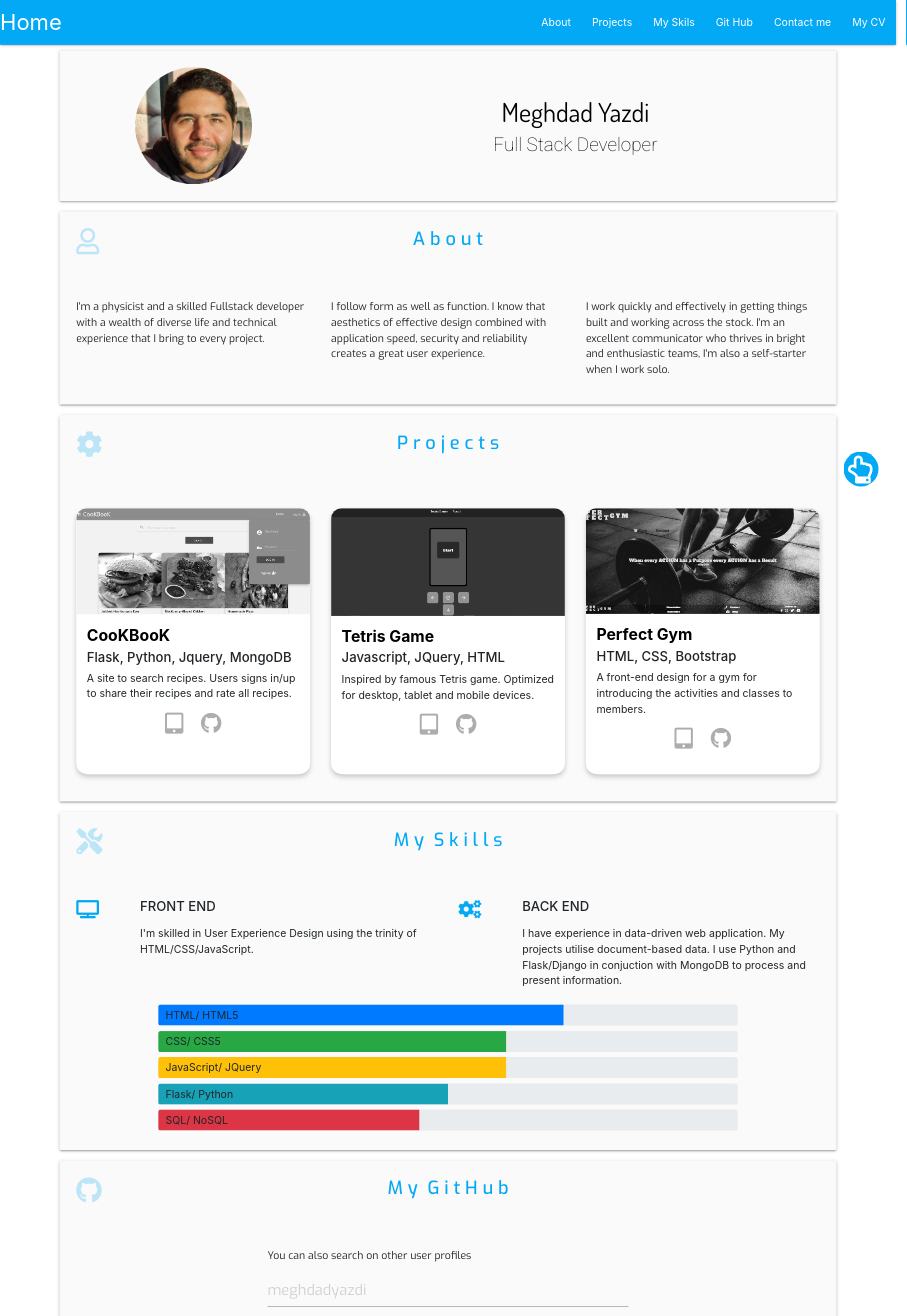
Repository: meghdadyazdi/SD_Res
Page: index.html
The author's editor kept a record of every edit. The page is drawn from the files as they stood at one moment, then again after the next edit.
The browser window is 1280 px wide. The page is 1295 px wide, so the pictures cover 1295 px, including what lies to the right of the window. The pictures show the part of the page from y = 0 to 1880 px (the page is 2607 px tall), at 70% of full size.
Some web libraries are served in a nearby version.

Above is the page before.
Console error: ReferenceError: $ is not defined

### index.html
<!DOCTYPE html>
<html lang="en">

<head>
  <meta charset="UTF-8">
  <meta name="viewport" content="width=device-width, initial-scale=1.0">
  <meta http-equiv="X-UA-Compatible" content="ie=edge">
  <link rel="stylesheet" href="https://cdnjs.cloudflare.com/ajax/libs/materialize/1.0.0/css/materialize.min.css">
  <link href="https://fonts.googleapis.com/icon?family=Material+Icons" rel="stylesheet">
  <link rel="stylesheet" href="assets/style.css" type="text/css" />
  <link href="https://fonts.googleapis.com/css?family=Raleway:100,100i,200,200i,300,300i,400,400i,500,500i,600,600i,700,700i,800,800i,900,900i&display=swap&subset=latin-ext" rel="stylesheet">
  <link rel="stylesheet" href="https://stackpath.bootstrapcdn.com/bootstrap/4.4.1/css/bootstrap.min.css" integrity="sha384-Vkoo8x4CGsO3+Hhxv8T/Q5PaXtkKtu6ug5TOeNV6gBiFeWPGFN9MuhOf23Q9Ifjh" crossorigin="anonymous">
  <link href="https://fonts.googleapis.com/css?family=Roboto+Slab:400,700&display=swap" rel="stylesheet">
  <link rel="stylesheet" href="https://use.fontawesome.com/releases/v5.6.1/css/all.css" integrity="sha384-gfdkjb5BdAXd+lj+gudLWI+BXq4IuLW5IT+brZEZsLFm++aCMlF1V92rMkPaX4PP" crossorigin="anonymous">
  <link href="https://fonts.googleapis.com/css?family=Dosis&display=swap" rel="stylesheet">
  <script type="text/javascript" src="assets/js/github-information.js"></script>
  <title>Meghdad Yazdi's Resume</title>

  <script type="text/javascript" src="https://cdn.jsdelivr.net/npm/emailjs-com@2.3.2/dist/email.min.js"></script>
  <script type="text/javascript">
    (function() {
      emailjs.init("user_qJqSswG9orTrNOoYLmxQi");
    })();
  </script>
</head>

<body>



  <nav>
    <div class="nav-wrapper">
      <a id="home" href="index.html" class="brand-logo">Home</a>
      <a href="#" data-target="mobile-demo" class="sidenav-trigger"><i class="material-icons">menu</i></a>
      <ul class="right hide-on-med-and-down">
        <li><a href="#about">About</a></li>
        <li><a href="#projects">Projects</a></li>
        <li><a href="#skills">My Skils</a></li>
        <li><a href="#github">Git Hub</a></li>
        <li><a href="#contact">Contact me</a></li>
        <li><a href="#cv">My CV</a></li>
      </ul>
    </div>
    <ul class="sidenav text-font" id="mobile-demo">
      <li><a href="#about">About</a></li>
      <li><a href="#projects">Projects</a></li>
      <li><a href="#skills">My Skils</a></li>
      <li><a href="#github">Git Hub</a></li>
      <li><a href="#contact">Contact me</a></li>
      <li><a href="#cv">My CV</a></li>
    </ul>
  </nav>


  <section class="container">
    <div class="card-panel grey lighten-5 z-depth-1">
      <div class="row valign-wrapper">
        <div class="col-sm-4 center">
          <!--<div class="col my_img">-->
          <img src="assets/images/meghdad_res2.jpg" alt="" class="circle responsive-img center">
          <!-- notice the "circle" class -->
          <!--</div>-->
        </div>
        <div class="col-sm-8 center">
          <div class="row">
            <div class="col-sm-12 center">
              <span class="black-text name-font">
                Meghdad Yazdi
              </span>
            </div>
            <div class="col-sm-12 center">
              <span class="black-text my-font">
                Full Stack Developer
              </span>
            </div>
          </div>
        </div>
      </div>
    </div>
  </section>

  <section class="container">
    <div class="card-panel grey lighten-5 z-depth-1">
      <div><i class="far fa-user icons"></i></div>
      <div class="row">
        <div class="col-sm-12 text-font">
          <h3 id="about" class="three-reasons-icon">A b o u t</h3>
        </div>
        <div class="col-sm-6 col-md-4 text-font m0">

          <p>
            I'm a physicist and a skilled Fullstack developer with a wealth of diverse life and technical experience that I bring to every project.
          </p>
        </div>
        <div class="col-sm-6 col-md-4 text-font m0">
          <!--<h3>HOW DO I DO IT?</h3>-->
          <p>
            I follow form as well as function. I know that aesthetics of effective design combined with application speed, security and reliability creates a great user experience.
          </p>
        </div>
        <div class="col-sm-6 col-md-4 text-font m0">
          <!--<h3>WHY HIRE ME</h3>-->
          <p>
            I work quickly and effectively in getting things built and working across the stock. I'm an excellent communicator who thrives in bright and enthusiastic teams, I'm also a self-starter when I work solo.
          </p>
        </div>
      </div>
    </div>
  </section>


  <section class="container">
    <div class="card-panel grey lighten-5 z-depth-1">
      <div><i class="fas fa-cog icons"></i></div>
      <div class="row align-items-center">
        <div class="col-sm-12 text-font">
          <h3 id="projects" class="three-reasons-icon">P r o j e c t s</h3>
        </div>

        <div class="col-sm-12 col-md-6 col-lg-4">
          <div id="cook" class="card">
            <img id="img-cook" src="assets/images/cookbook.png" alt="CooKBooK" class="work-img" style="width:100%">
            <div class="container">
              <h4><b>CooKBooK</b></h4>
              <h5>Flask, Python, Jquery, MongoDB</h5>
              <p>A site to search recipes. Users signs in/up to share their recipes and rate all recipes.</p>
              <div class="par"><a href="https://cookbook-meghdad.herokuapp.com" target="_blank"><i class="fas fa-tablet-alt"></i></a> &nbsp&nbsp&nbsp&nbsp
                <a href="https://github.com/meghdadyazdi/cookbook" target="_blank"><i class="fab fa-github"></i></a></div>
            </div>
          </div>
        </div>


        <div class="col-sm-12 col-md-6 col-lg-4">
          <div id="tetris" class="card">
            <img id="img-tetris" src="assets/images/Tetris.png" alt="Tetris Game" class="work-img" style="width:100%">
            <div class="container">
              <h4><b>Tetris Game</b></h4>
              <h5>Javascript, JQuery, HTML</h5>
              <p>Inspired by famous Tetris game. Optimized for desktop, tablet and mobile devices.</p>
              <div class="par"><a href="https://meghdadyazdi.github.io/IFD-Milestone/" target="_blank"><i class="fas fa-tablet-alt"></i></a> &nbsp&nbsp&nbsp&nbsp
                <a href="https://github.com/meghdadyazdi/IFD-Milestone" target="_blank"><i class="fab fa-github"></i></a></div>
            </div>
          </div>
        </div>


        <div class="col-sm-12 col-md-6 col-lg-4">
          <div id="gym" class="card">
            <img id="img-gym" src="assets/images/gym.png" alt="Gym" class="work-img" style="width:100%">
            <div class="container">
              <h4><b>Perfect Gym</b></h4>
              <h5>HTML, CSS, Bootstrap</h5>
              <p>A front-end design for a gym for introducing the activities and classes to members.</p>
              <div class="par"><a href="https://meghdadyazdi.github.io/UCFD-Milestone/index.html" target="_blank"><i class="fas fa-tablet-alt"></i></a> &nbsp&nbsp&nbsp&nbsp
                <a href="https://github.com/meghdadyazdi/UCFD-Milestone" target="_blank"><i class="fab fa-github"></i></a></div>
            </div>
          </div>
        </div>

      </div>

    </div>
  </section>

  <section class="container">
    <div class="card-panel grey lighten-5 z-depth-1">
      <div><i class="fas fa-tools icons"></i></div>
      <div class="col-sm-12 text-font">
        <h3 id="skills" class="three-reasons-icon">M y &nbspS k i l l s</h3>
      </div>
      <div class="row">
        <div class="col-10 offset-1 offset-sm-0 col-sm-6">
          <div class="row">
            <div class="col-2">
              <i class="three-reasons-icon fa fa-tv" aria-hiden="true"></i>
            </div>
            <div class="col-10">
              <h5 class="three-reasons-heading uppercase">FRONT END</h5>
              <p>I'm skilled in User Experience Design using the trinity of HTML/CSS/JavaScript.
              </p>
            </div>
          </div>
        </div>
        <div class="col-10 offset-1 offset-sm-0 col-sm-6">
          <div class="row">
            <div class="col-2">
              <i class="three-reasons-icon fa fa-cogs" aria-hiden="true"></i>
            </div>
            <div class="col-10">
              <h5 class="three-reasons-heading uppercase">BACK END</h5>
              <p>
                I have experience in data-driven web application. My projects utilise document-based data. I use Python and Flask/Django in conjuction with MongoDB to process and present information.
              </p>
            </div>
          </div>
        </div>
      </div>


      <div class="row progress-section">
        <div class="col">
          <div class="progress">
            <div class="progress-bar" role="progressbar" aria-valuenow="90" aria-valuemin="0" aria-valuemax="100" style="width:70%;">
              <span class="sr-only">70% complete</span>
            </div>
            <span class="progress-type progress-font">HTML/ HTML5</span>
          </div>
          <div class="progress">
            <div class="progress-bar bg-success" role="progressbar" aria-valuenow="70" aria-valuemin="0" aria-valuemax="100" style="width:60%;">
              <span class="sr-only">600% complete</span>
            </div>
            <span class="progress-type progress-font">CSS/ CSS5</span>
          </div>

          <div class="progress">
            <div class="progress-bar bg-warning" role="progressbar" aria-valuenow="80" aria-valuemin="0" aria-valuemax="100" style="width:60%;">
              <span class="sr-only">60% complete</span>
            </div>
            <span class="progress-type progress-font">JavaScript/ JQuery</span>
          </div>
          <div class="progress">
            <div class="progress-bar bg-info" role="progressbar" aria-valuenow="75" aria-valuemin="0" aria-valuemax="100" style="width:50%;">
              <span class="sr-only">50% complete</span>
            </div>
            <span class="progress-type progress-font">Flask/ Python</span>
          </div>
          <div class="progress">
            <div class="progress-bar bg-danger" role="progressbar" aria-valuenow="80" aria-valuemin="0" aria-valuemax="100" style="width:45%;">
              <span class="sr-only">45% complete</span>
            </div>
            <span class="progress-type progress-font">SQL/ NoSQL</span>
          </div>
        </div>
      </div>

    </div>
  </section>

  <section class="container">
    <div class="card-panel grey lighten-5 z-depth-1">
      <div><i class="fab fa-github icons"></i></div>
      <div class="row bg-color-contact">

        <div class="col-sm-12 text-font">
          <h3 id="github" class="three-reasons-icon">M y &nbspG i t H u b</h3>
        </div>

        <div class="col-md-6 offset-md-3 center-form text-font">

          <p>
            You can also search on other user profiles
          </p>

        </div>
        <div class="col-md-6 offset-md-3 center-form text-font">
          <input type="text" id="gh-username" placeholder="meghdadyazdi" value="" oninput="fetchGitHubInformation()" />
          <div id="gh-user-data"></div>
          <div id="gh-repo-data"></div>
        </div>
      </div>
    </div>
  </section>


  <section class="container">
    <div class="card-panel grey lighten-5 z-depth-1">
      <div><i class="far fa-envelope icons"></i></i>
      </div>
      <div class="col-sm-12 text-font">
        <h3 id="contact" class="three-reasons-icon">C o n t a c t &nbsp m e</h3>
      </div>

      <form id="myform" class="text-font">
        <label>Name</label>
        <input type="text" name="from_name" />
        <label>Email</label>
        <input type="text" name="from_email" />
        <label>Message</label>
        <input type="text" name="project_request" />
        <br><br>
        <button>Send</button>
      </form>

    </div>
  </section>


  <section class="container">
    <div class="card-panel grey lighten-5 z-depth-1">
      <div><i class="far fa-file icons"></i></div>
      <div class="col-sm-12 text-font">
        <h3 id="cv" class="three-reasons-icon">M y &nbsp C V</h3>
      </div>


      <div class="col-md-6 offset-md-3 center-form text-font">

        <p class="download">
          Need a printable vesrion of my CV? Downloaded it here

          <a href="assets/CV/CV_Meghdad Yazdi_sw.pdf" target="_blank" class="">
                     <i class="fas fa-download cv-pdf" aria-hidden="true"></i>
                     <span class="sr-only">Doanload link</span></a>
        </p>

      </div>




    </div>
  </section>





  <div class="row">
    <div class="col d-none d-md-block">
      <div class="go-home">
        <a href="#home"><i class="far fa-hand-point-up up"></i></a>
      </div>
    </div>
  </div>

</body>
<script src="https://cdnjs.cloudflare.com/ajax/libs/jquery/3.4.1/jquery.min.js" integrity="sha256-CSXorXvZcTkaix6Yvo6HppcZGetbYMGWSFlBw8HfCJo=" crossorigin="anonymous"></script>
<script src="https://cdnjs.cloudflare.com/ajax/libs/materialize/1.0.0/js/materialize.min.js"></script>
<script type="text/javascript" src="assets/js/jquery.js"></script>
<script src="https://smtpjs.com/v3/smtp.js"></script>
<script type="text/javascript" src="assets/js/main.js"></script>
<script src="assets/js/sendEmail.js"></script>


</html>

### assets/style.css
@import url('https://fonts.googleapis.com/css?family=Roboto:100,200,300,400,500,600,700|Exo:100,200,300,400,500,600,700');

body {
    margin: 0;
    font-family: -apple-system,BlinkMacSystemFont,"Segoe UI",Roboto,"Helvetica Neue",Arial,"Noto Sans",sans-serif,"Apple Color Emoji","Segoe UI Emoji","Segoe UI Symbol","Noto Color Emoji";
    font-size: 1rem;
    font-weight: 400;
    line-height: 1.5;
    color: #212529;
    text-align: left;
    background-color: #03a9f414;
}

nav {
    background-color: #03a9f4;
}

.sidenav {
    width: 150px;
    background-color: #03a9f4;
}

.row .col.m2 {
    width: 50%;
    margin: 0;
}

.row .col.s12 {
    width: 50%;
    margin: 0;
}

.card-panel{
    position: relative;
}

.dark-bg{
    background-color: #676767;
}

.go-home {
  position: fixed;
  right: 25px;
  bottom: 25px;
  width: 50px;
  height: 50px;
  border-radius: 50%;
  background-color: #03a9f4;
  color: white;
  text-align: center;
}

.fa-hand-point-up{
  font-size: 40px;
  margin: 5px 2px 0 0;
}

.up {
    color: #fff !important;
}

.center {
  display: block;
  margin-left: auto;
  margin-right: auto;
  width: 50%;
}

img.responsive-img {
    max-width: 50%;
}
.name-font{
    font-family: 'Dosis', sans-serif;
    /*font-family: "Roboto", sans-serif;*/
    font-size: 2.5rem;
    font-weight: 400;
    text-align: center;
}
.my-font{
    /*font-family: 'Dosis', sans-serif;*/
    font-family: "Roboto", sans-serif;
    font-size: 1.8rem;
    /*text-align: center;*/
    font-weight: 100;
}
.text-font{
    /*font-family: 'Dosis', sans-serif;*/
    font-family: "Exo", sans-serif;
    font-size: 1rem;
    /*text-align: center;*/
    font-weight: 400;
}
.row{
    margin: 0;
}

.m0{
  margin: 0 !important;
}

.p0{
  padding: 0 !important;
}

/*.row .col-sm-6{*/
/*  margin-top: 5rem; */
/*}*/

a:hover {
    color: #fff !important;
    text-decoration: none !important;
}

.card {
  box-shadow: 0 4px 8px 0 rgba(0,0,0,0.2);
  transition: 0.3s;
  width: 100%;
  height: 380px;
  border-radius: 15px !important;
  border: 0px solid rgba(0,0,0,.125) !important;
}

.card:hover {
  box-shadow: 0 8px 90px 0 rgba(0,0,0,1);
}

.mauto{
  margin: auto !important;
}

.fa-tablet-alt{
  font-size: 30px;
  color: #adadad
}

.fa-tablet-alt:hover{
  transform: rotate(5deg);
  color: #5a5a5a;
}

.fa-github{
  font-size: 30px;
  color: #adadad
}

.fa-github:hover{
  transform: rotate(5deg);
  color: #5a5a5a;
}

.par{
  text-align: center;
}

.work-img{
  filter: grayscale(100%);
}

#img-cook,
#img-tetris,
#img-gym{
  border-radius: 15px 15px 0 0;
}

h4{
  margin-top: 1rem !important;
  color: #000;
}

h3{
text-align:center;
font-size:26px;
margin-bottom: 70px !important;
}

.card-img{

}

/*__________________________Skils______________________________*/

.progress{
    position: relative;
    height: 30px !important;
    margin-bottom: 4px;
}

.progress-type{
    position: absolute;
    left: 0;
    font-weight: 400;
    padding: 4px 39px 19px 10px;
    color: #212529;
}

.progress-section{
    margin: 0px auto!important;
    width: 80%;
}

.progress-font{
  font-size: 15px;
}

/*___________________________three reason___________________________________*/

.three-reasons-icon{
    font-size: 26px;
    color: #03a9f4;
}

.three-reasons-heading{
    margin-bottom: 15px;
}


/*__________________________Github_____________________________*/
#search-area {
  display: block;
  max-width: 70%;
  margin: 0 auto;
  background: #fff;
  padding: 15px 25px;
  -webkit-box-shadow: 1px 2px 3px -1px rgba(0, 0, 0, 0.4);
  -moz-box-shadow: 1px 2px 3px -1px rgba(0, 0, 0, 0.4);
  box-shadow: 1px 2px 3px -1px rgba(0, 0, 0, 0.4);
  -webkit-border-radius: 4px;
  -moz-border-radius: 4px;
  border-radius: 4px;
}

#gh-api-data {
  display: block;
  padding: 25px 0;
}

#loader {
  display: block;
  width: 200px;
  height: 200px;
  margin: 0 auto;
}


/* page content styles */

.small-name {
  font-size: 0.75em;
  color: #a9a9a9 ;
  font-style: italic;
}

.avi {
  float: left;
  margin-right: 7px;
  margin-bottom: 7px;
}

.avi img {
  border: 1px solid #ccc;
  padding: 3px;
}

.repo-list {
  display: block;
  clear: both;
  width: 100%;
}

.repo-list ul {
  font-size: 1.2em;
}

.repo-list ul li {
  display: block;
}

.repo-list ul li a {
  font-weight: bold;
  padding: 6px 9px;
  display: block;
  float: left;
  margin-right: 10px;
  margin-bottom: 10px;
  text-decoration: none;
  border: 1px solid #356492;
  -webkit-border-radius: 3px;
  -moz-border-radius: 3px;
  border-radius: 3px;
  color: #fff;
  background-color: #3673af;
  background-image: -webkit-gradient(linear, left top, left bottom, from(#5597d8), to(#3673af));
  background-image: -webkit-linear-gradient(top, #5597d8, #3673af);
  background-image: -moz-linear-gradient(top, #5597d8, #3673af);
  background-image: -ms-linear-gradient(top, #5597d8, #3673af);
  background-image: -o-linear-gradient(top, #5597d8, #3673af);
  background-image: linear-gradient(top, #5597d8, #3673af);
}

.repo-list ul li a:hover {
  background-color: #396895;
  background-image: -webkit-gradient(linear, left top, left bottom, from(#4b87c2), to(#396895));
  background-image: -webkit-linear-gradient(top, #4b87c2, #396895);
  background-image: -moz-linear-gradient(top, #4b87c2, #396895);
  background-image: -ms-linear-gradient(top, #4b87c2, #396895);
  background-image: -o-linear-gradient(top, #4b87c2, #396895);
  background-image: linear-gradient(top, #4b87c2, #396895);
}

.repo-list ul li a:active {
  -webkit-box-shadow: inset 0 3px 5px rgba(0, 0, 0, 0.25);
  -moz-box-shadow: inset 0 3px 5px rgba(0, 0, 0, 0.25);
  box-shadow: inset 0 3px 5px rgba(0, 0, 0, 0.25);
}

.repo-list ul li a span {
  font-family: "Courier New", Courier, "Lucida Typewriter", monospace;
  font-size: 0.9em;
}

/* input field */

#gh-username {
  display: block;
  padding: 0;
  font-size: 1.4em;
  color: #666;
  /*max-width: 550px;*/
  margin-bottom: 15px;
}


#gh-submit {
  display: inline-block;
  padding: 8px 18px;
  font-size: 14px;
  font-weight: bold;
  color: #444;
  text-decoration: none;
  text-shadow: 0 1px 0 rgba(255, 255, 255, 0.8);
  background-color: #eaeaea;
  background-image: -webkit-linear-gradient(#fafafa, #eaeaea);
  background-image: -moz-linear-gradient(#fafafa, #eaeaea);
  background-image: -ms-linear-gradient(top, #fafafa, #eaeaea);
  background-image: -o-linear-gradient(top, #fafafa, #eaeaea);
  background-image: linear-gradient(#fafafa, #eaeaea);
  border-radius: 3px;
  border: 1px solid #ddd;
  border-bottom-color: #c5c5c5;
  -webkit-box-shadow: 0 1px 3px rgba(0, 0, 0, 0.05);
  -moz-box-shadow: 0 1px 3px rgba(0, 0, 0, 0.05);
  box-shadow: 0 1px 3px rgba(0, 0, 0, 0.05);
}

#gh-submit:hover {
  background-color: #dadada;
  background-image: -webkit-linear-gradient(#eaeaea, #dadada);
  background-image: -moz-linear-gradient(#eaeaea, #dadada);
  background-image: -ms-linear-gradient(top, #eaeaea, #dadada);
  background-image: -o-linear-gradient(top, #eaeaea, #dadada);
  background-image: linear-gradient(#eaeaea, #dadada);
  border-color: #ccc #ccc #b5b5b5;
}

#gh-submit:active {
  background-color: #dadada;
  background-image: none;
  border-color: #b5b5b5;
  -webkit-box-shadow: inset 0 3px 5px rgba(0, 0, 0, 0.25);
  -moz-box-shadow: inset 0 3px 5px rgba(0, 0, 0, 0.25);
  box-shadow: inset 0 3px 5px rgba(0, 0, 0, 0.25);
}


/*_______________________________Form_____________________________*/

form {
  width: 75%;
  padding: 20px 25px;
  margin: auto;
  margin-top: 30px;
}
form input,
form textarea {
  font: inherit;
  padding: 5px 5px;
  width: 100%;
  margin-top: 3px;
  margin-bottom: 15px;
  box-sizing: border-box;
}
form button {
  border: 1px solid rgba(0,0,0,0.2);
  padding: 8px 35px;
  font-size: 12px;
  background: #03a9f4;
  color: white;
  border-radius: 10px;
}
form label {
  color: #777;
  font-size: 11px;
  margin-bottom: 2px;
  display: block;
}

button:focus {
    background-color: #934500;
}

send-btn{
  position: relative;
}
#send-btn{
    margin: 0;
    position: absolute;
    left: 50%;
    margin-right: -50%;
    transform: translate(-50%, -50%)
}

/*_____________________________icons______________________________*/

.icons{
  font-size: 2.5rem;
  color: #03a9f440;
  position: absolute;
  z-index: 9999;
}

.icon-in{
  font-size: 1rem;
  color: #03a9f440;
  position: absolute;
  z-index: 9999;
  margin-top: 13px;
  margin-left: 6px;

}

/*_____________________________cv______________________________*/

.cv-pdf{
  font-size: 1.5rem;
  color: #03a9f4;
}

.download{
  text-align: center;
}

/*_____________________________media query______________________________*/

@media only screen and (max-width: 600px) {
  form {
  width: 100%;
  padding: 0;
  margin: auto;
  margin-top: 30px;
}
}

### assets/js/main.js
function sendEmail() {
	Email.send({
	Host: "smtp.gmail.com",
	Username : "meghdad23@gmail.com",
	Password : "",
	To : 'meghdadyazdi@yahoo.com',
	From : "meghdad23@gmail.com",
	Subject : "helloommmmmmmmmm",
	Body : "",
	}).then(
		message => alert("mail sent successfully")
	);
}

Loaded but not shown: assets/js/jquery.js (89 lines, source omitted); assets/js/github-information.js (80 lines, source omitted); assets/js/sendEmail.js (25 lines, source omitted)

After the next edit:
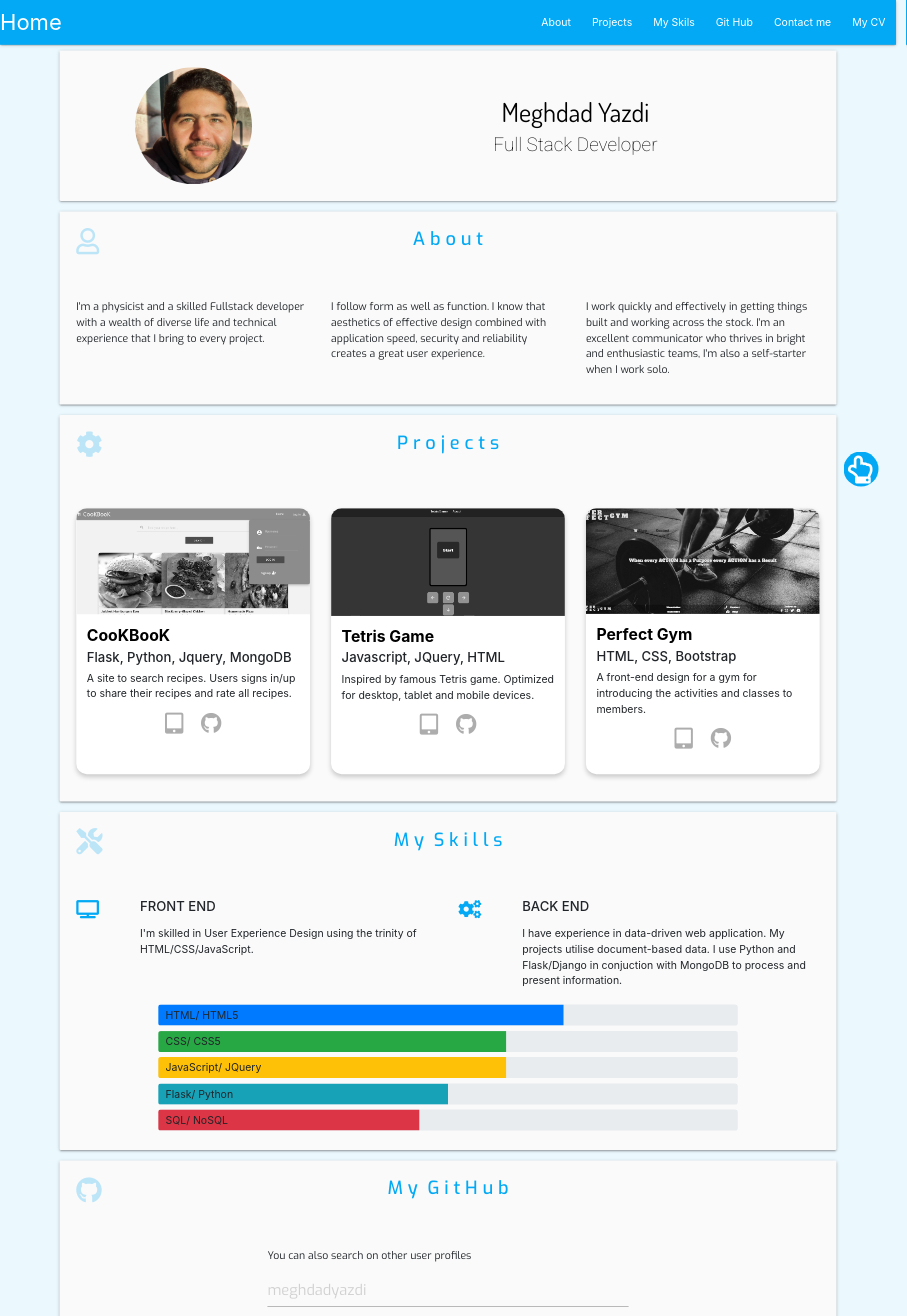
The edit:
--- a/assets/style.css
+++ b/assets/style.css
@@ -1,14 +1,7 @@
 @import url('https://fonts.googleapis.com/css?family=Roboto:100,200,300,400,500,600,700|Exo:100,200,300,400,500,600,700');
 
 body {
-    margin: 0;
-    font-family: -apple-system,BlinkMacSystemFont,"Segoe UI",Roboto,"Helvetica Neue",Arial,"Noto Sans",sans-serif,"Apple Color Emoji","Segoe UI Emoji","Segoe UI Symbol","Noto Color Emoji";
-    font-size: 1rem;
-    font-weight: 400;
-    line-height: 1.5;
-    color: #212529;
-    text-align: left;
-    background-color: #03a9f414;
+    background-color: #03a9f414 !important;
 }
 
 nav {
